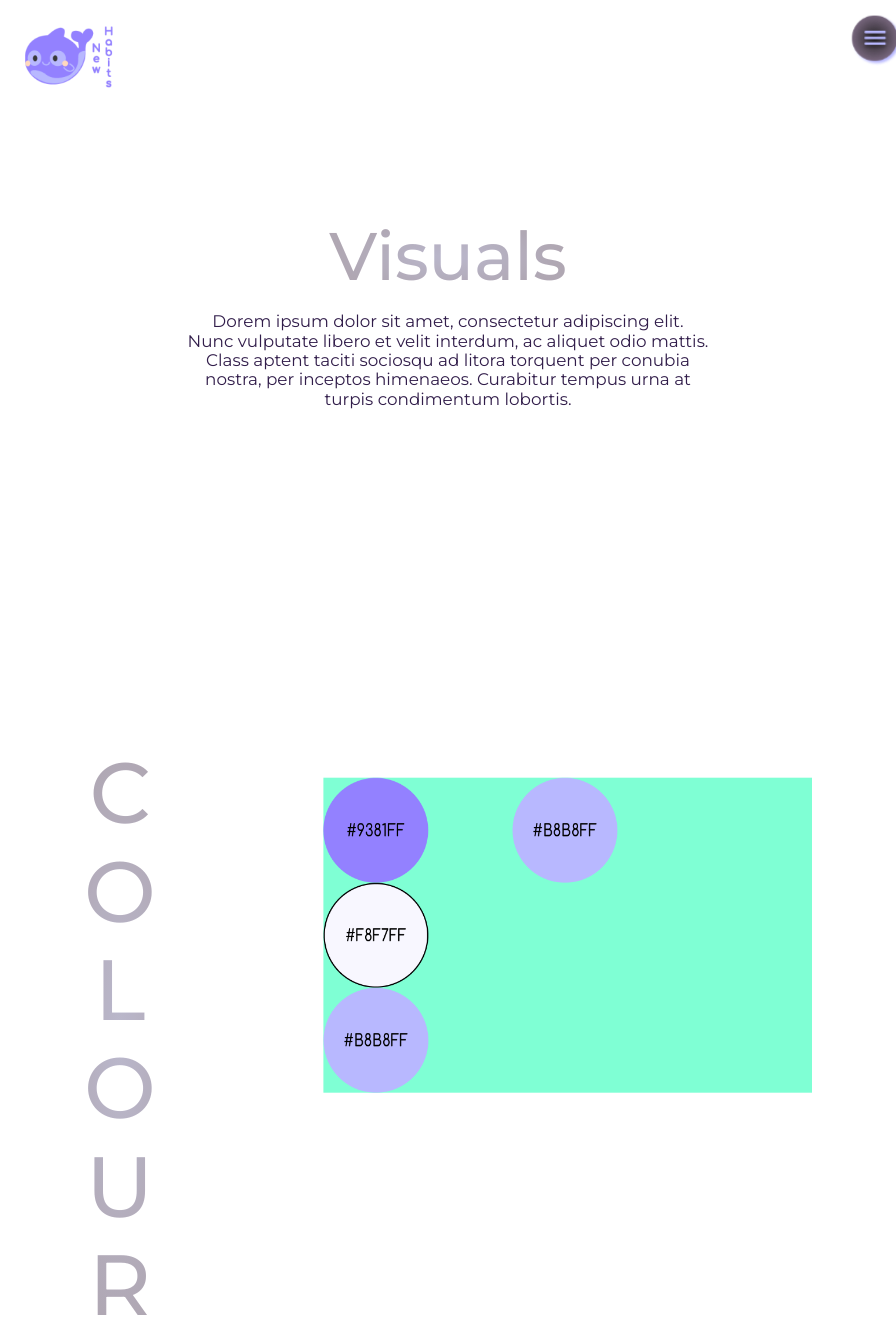
Repository: sierralaurent/Styleguide-Big_Project
Page: visuals.html
The author's editor kept a copy of each file at every save. The page is drawn from the files as they stood at one save, then again after the next save.
The browser window is 1280 px wide. The pictures show the part of the page from y = 0 to 1920 px (the page is 3164 px tall), at 70% of full size.
Some web fonts or font styles are not loaded; a fallback is used.

Above is the page before, as saved 2023-03-10 14:55:39.

### visuals.html
<!DOCTYPE html>
<html lang="en">
  <head>
    <title>New Habits Web-App | Visuals </title>
    <meta property="og:title" content="Welcome to the New Habits Web-App Home Page" />
    <meta name="viewport" content="width=device-width, initial-scale=1.0" />
    <meta charset="utf-8" />
    <link rel="icon" type="image/x-icon" href="/assets/favicon.ico">

    <link
      rel="stylesheet"
      href="https://fonts.googleapis.com/css2?family=Montserrat:ital,wght@0,100;0,200;0,300;0,400;0,500;0,600;0,700;0,800;0,900;1,100;1,200;1,300;1,400;1,500;1,600;1,700;1,800;1,900&amp;display=swap"
      data-tag="font"
    />
    <link rel="stylesheet" href="./style.css" />
    <link href="./visuals.css" rel="stylesheet" />
    <link href="./navstyle.css" rel="stylesheet" />

  </head>
  <header>
    <div class="logo">
      <a href="index.html">
        <img src="assets/logo.png" alt="logo" />
      </a>
    </div>
    <div class="navigation">
      <button class="hamburger" onclick="show()">
        <img src="assets/burger.png" />
      </button>
      <nav>
        <h1 class="menutitle">Menu</h1>
        <ul>
          <li><a href="home.html">Home</a></li>
          <li><a>Logo</a></li>
          <li><a>Colours & Typo</a></li>
          <li><a href="visuals.html">Visuals</a></li>
        </ul>
      </nav>
    </div>
    <script src="nav.js"></script>
  </header>
  <body>
    <div>
      <div class="home-container">
        <div class="home-container1">
          <div class="home-container2">
            <h1 class="home-text01 Title">Visuals</h1>
            <p class="home-text02 body">
              Dorem ipsum dolor sit amet, consectetur adipiscing elit. Nunc
              vulputate libero et velit interdum, ac aliquet odio mattis. Class
              aptent taciti sociosqu ad litora torquent per conubia nostra, per
              inceptos himenaeos. Curabitur tempus urna at turpis condimentum
              lobortis.
            </p>
          </div>
        </div>
        <div class="home-container3">
          <p class="home-text03 sidetitle">
            <span>C</span>
            <br />
            <span>O</span>
            <br />
            <span>L</span>
            <br />
            <span>O</span>
            <br />
            <span>U</span>
            <br />
            <span>R</span>
            <br />
          </p>
          <div class="home-text17 body">
            <div>
              <img src="assets/colours/Main Purple.png" alt="mainpurple" width="150px" height="150px">
              <img src="assets/colours/Creme.png" alt="Creme" width="150px" height="150px">
              <img src="assets/colours/Light Purple.png" alt="lightpurple" width="150px" height="150px">
            </div>
            <div>
              <img src="assets/colours/Light Purple.png" alt="lightpurple" width="150px" height="150px">
            </div>
          </div>
        </div>
        <div class="home-container3">
            <p class="home-text03 sidetitle">
              <span>I</span>
              <br />
              <span>C</span>
              <br />
              <span>O</span>
              <br />
              <span>N</span>
              <br />
              <span>S</span>
              <br />
            </p>
            <p class="home-text17 body">
              Dorem ipsum dolor sit amet, consectetur adipiscing elit. Nunc
              vulputate libero et velit interdum, ac aliquet odio mattis. Class
              aptent taciti sociosqu ad litora torquent per conubia nostra, per
              inceptos himenaeos. Curabitur tempus urna at turpis condimentum
              lobortis.
            </p>
          </div>
        <footer class="home-footer">
          <p class="home-text24">
            © 2023 New Habits, All Rights Reserved.
          </p>
        </footer>
      </div>
    </div>
  </body>
</html>

### style.css
:root {
  --dl-black: #212121ff;
  --dl-creme: #f9f9ffff;
  --dl-white: #f8f9f9ff;
  --dark-purple: #311D4A;

}

.body {
  font-size: 24px;
  font-family: Montserrat;
  font-weight: 400;
  line-height: 1.15;
  text-transform: none;
  text-decoration: none;
}
.sidetitle {
  font-size: 122px;
  font-family: Montserrat;
  font-weight: 500;
  line-height: 1.15;
  text-transform: none;
  text-decoration: none;
}
.Title {
  font-size: 96px;
  font-family: Montserrat;
  font-weight: 500;
  line-height: 1.15;
  text-transform: none;
  text-decoration: none;
}

html {
  line-height: 1.15;
}
body {
  margin: 0;
}
* {
  box-sizing: border-box;
  border-width: 0;
  border-style: solid;
}
p,
li,
ul,
pre,
div,
h1,
h2,
figure,
blockquote,
figcaption {
  margin: 0;
  padding: 0;
}

a {
  color: inherit;
  text-decoration: inherit;
}
input {
  padding: 2px 4px;
}
img {
  display: block;
}
html {
  scroll-behavior: smooth;
}

### visuals.css
/* Define the scrollbar style */
::-webkit-scrollbar {
    width: 10px;
  }

  ::-webkit-scrollbar-thumb {
    background-image: linear-gradient(180deg, var(--light-purple) 0%, var(--main-purple) 99%);
    box-shadow: inset 2px 2px 5px 0 var(--creme);
    border-radius: 100px;
  }

  html {
    font-family: Montserrat;
    font-size: 24px;
    scroll-behavior: smooth;
  }

  body {
    font-weight: 400;
    font-style: normal;
    text-decoration: none;
    text-transform: none;
    letter-spacing: normal;
    line-height: 1.15;
    color: var(--black);
    background-color: var(--creme);
  }

  .home-container {
    width: 100%;
    display: flex;
    overflow: auto;
    min-height: 100vh;
    align-items: center;
    flex-direction: column;
  }
  .home-container1 {
    flex: 0 0 auto;
    width: auto;
    height: auto;
    display: flex;
    align-items: flex-start;
    justify-content: center;
  }
  .home-container2 {
    flex: 0 0 auto;
    width: auto;
    display: flex;
    align-self: center;
    margin-top: 5rem;
    align-items: center;
    margin-bottom: 15rem;
    flex-direction: column;
    justify-content: center;
  }
  .home-text {
    font-size: 36px;
    text-align: center;
    font-family: Montserrat;
    background: linear-gradient(0deg, rgba(0, 0, 0, 0.2), rgba(0, 0, 0, 0.2)),
      radial-gradient(
        50% 50% at 50% 50%,
        rgba(147, 129, 255, 0.2) 0%,
        rgba(79, 26, 98, 0.2) 94.12%
      );
    -webkit-background-clip: text;
    -webkit-text-fill-color: transparent;
    background-clip: text;
    text-fill-color: transparent;
  }
  .home-text01 {
    margin-top: 1rem;
    text-align: center;
    margin-bottom: 1rem;
    background: linear-gradient(0deg, rgba(0, 0, 0, 0.2), rgba(0, 0, 0, 0.2)),
      radial-gradient(
        50% 50% at 50% 50%,
        rgba(147, 129, 255, 0.2) 0%,
        rgba(79, 26, 98, 0.2) 94.12%
      );
    -webkit-background-clip: text;
    -webkit-text-fill-color: transparent;
    background-clip: text;
    text-fill-color: transparent;
  }
  .home-text02 {
    width: 31rem;
    text-align: center;
    color: var(--dark-purple);
  }
  .home-container3 {
    flex: 0 0 auto;
    width: 100%;
    height: auto;
    display: flex;
    align-items: flex-start;
    justify-content: center;
  }
  .home-text03 {
    width: 25rem;
    text-align: center;
    background: linear-gradient(0deg, rgba(0, 0, 0, 0.2), rgba(0, 0, 0, 0.2)),
      radial-gradient(
        50% 50% at 50% 50%,
        rgba(147, 129, 255, 0.2) 0%,
        rgba(79, 26, 98, 0.2) 94.12%
      );
    -webkit-background-clip: text;
    -webkit-text-fill-color: transparent;
    background-clip: text;
    text-fill-color: transparent;
  }
  .home-text17 {
    width: auto;
    margin-top: 5rem;
    text-align: left;
    margin-left: 5rem;
    margin-right: 5rem;
    margin-bottom: 5rem;
    display: flex;
    flex-direction: row;
    gap: 5rem;
    color: var(--dark-purple);
    background-color: aquamarine;
  }
  .home-container4 {
    flex: 0 0 auto;
    width: auto;
    height: auto;
    display: flex;
    align-items: flex-start;
    justify-content: center;
  }
  .colours{
    background: lightblue;
    border-radius: 50%;
    width: 100px;
    height: 100px;
  }
  .home-container5 {
    flex: 0 0 auto;
    display: flex;
    align-items: flex-start;
    flex-direction: column;
  }
  .home-text18 {
    width: auto;
    margin-top: 15rem;
    text-align: center;
    margin-bottom: 5rem;
    background: linear-gradient(0deg, rgba(0, 0, 0, 0.2), rgba(0, 0, 0, 0.2)),
      radial-gradient(
        50% 50% at 50% 50%,
        rgba(147, 129, 255, 0.2) 0%,
        rgba(79, 26, 98, 0.2) 94.12%
      );
    -webkit-background-clip: text;
    -webkit-text-fill-color: transparent;
    background-clip: text;
    text-fill-color: transparent;
  }
  .home-container6 {
    flex: 0 0 auto;
    width: auto;
    height: auto;
    display: flex;
    align-items: flex-start;
    margin-bottom: 15rem;
    justify-content: center;
  }
  .home-olivia {
    flex: 0 0 auto;
    display: flex;
    align-items: center;
    flex-direction: column;
  }
  .home-olivia-text {
    width: 25rem;
    font-size: 96px;
    text-align: center;
    font-family: Montserrat;
    font-weight: 500;
    line-height: 1.15;
    margin-bottom: 2rem;
    text-transform: none;
    text-decoration: none;
    background: linear-gradient(0deg, rgba(0, 0, 0, 0.2), rgba(0, 0, 0, 0.2)),
      radial-gradient(
        50% 50% at 50% 50%,
        rgba(147, 129, 255, 0.2) 0%,
        rgba(79, 26, 98, 0.2) 94.12%
      );
    -webkit-background-clip: text;
    -webkit-text-fill-color: transparent;
    background-clip: text;
    text-fill-color: transparent;
  }
  .home-text19 {
    width: 15rem;
    align-self: center;
    text-align: center;
    color: var(--dark-purple);
  }
  .home-elijah {
    flex: 0 0 auto;
    display: flex;
    align-items: center;
    flex-direction: column;
  }
  .home-elijah-text {
    width: 25rem;
    font-size: 96px;
    text-align: center;
    font-family: Montserrat;
    font-weight: 500;
    line-height: 1.15;
    margin-bottom: 2rem;
    text-transform: none;
    text-decoration: none;
    background: linear-gradient(0deg, rgba(0, 0, 0, 0.2), rgba(0, 0, 0, 0.2)),
      radial-gradient(
        50% 50% at 50% 50%,
        rgba(147, 129, 255, 0.2) 0%,
        rgba(79, 26, 98, 0.2) 94.12%
      );
    -webkit-background-clip: text;
    -webkit-text-fill-color: transparent;
    background-clip: text;
    text-fill-color: transparent;
  }
  .home-text20 {
    width: 15rem;
    align-self: center;
    text-align: center;
    color: var(--dark-purple);
  }
  .home-sierra {
    flex: 0 0 auto;
    display: flex;
    align-items: center;
    flex-direction: column;
  }
  .home-sierra-text {
    width: 25rem;
    font-size: 96px;
    text-align: center;
    font-family: Montserrat;
    font-weight: 500;
    line-height: 1.15;
    margin-bottom: 2rem;
    text-transform: none;
    text-decoration: none;
    background: linear-gradient(0deg, rgba(0, 0, 0, 0.2), rgba(0, 0, 0, 0.2)),
      radial-gradient(
        50% 50% at 50% 50%,
        rgba(147, 129, 255, 0.2) 0%,
        rgba(79, 26, 98, 0.2) 94.12%
      );
    -webkit-background-clip: text;
    -webkit-text-fill-color: transparent;
    background-clip: text;
    text-fill-color: transparent;
  }
  .home-text21 {
    width: 15rem;
    align-self: center;
    text-align: center;
    color: var(--dark-purple);
  }
  .home-text23 {
    width: 15rem;
    align-self: center;
    text-align: center;
  }
  .home-footer {
    width: 100%;
    height: 197px;
    display: flex;
    max-width: auto;
    align-self: center;
    align-items: center;
    padding-top: 32px;
    padding-left: 48px;
    padding-right: 48px;
    padding-bottom: 32px;
    justify-content: center;
  }
  .home-text24 {
    text-align: center;
    color: var(--dark-purple);

  }
  @media (max-width: 1600px) {
    .home-container1 {
      width: 100%;
    }
    .home-container2 {
      align-items: center;
      justify-content: center;
    }
    .home-text01 {
      margin-top: 1rem;
      margin-bottom: 1rem;
    }
    .home-container3 {
      width: 100%;
    }
    .home-text03 {
      width: auto;
      margin: 3rem;
      padding: 2rem;
    }
    .home-text17 {
      width: 40rem;
      margin-top: 7rem;
      text-align: left;
      margin-right: 5rem;
    }
    .home-container4 {
      width: auto;
      justify-content: center;
    }
    .home-container5 {
      width: auto;
      height: auto;
      align-items: center;
      justify-content: center;
    }
    .home-text18 {
      width: auto;
      height: auto;
      margin-top: 5rem;
      text-align: center;
      margin-bottom: 5rem;
    }
    .home-container6 {
      width: 100%;
      margin-bottom: 15rem;
    }
    .home-olivia {
      width: 20rem;
      height: auto;
      align-items: center;
      justify-content: center;
    }
    .home-olivia-text {
      width: auto;
      font-size: 46px;
      font-family: Montserrat;
      font-weight: 500;
      line-height: 1.15;
      margin-bottom: 2rem;
      text-transform: none;
      text-decoration: none;
    }
    .home-text19 {
      width: 15rem;
      text-transform: none;
    }
    .home-elijah {
      width: 20rem;
      height: auto;
      align-items: center;
      justify-content: center;
    }
    .home-elijah-text {
      width: auto;
      font-size: 46px;
      font-family: Montserrat;
      font-weight: 500;
      line-height: 1.15;
      margin-bottom: 2rem;
      text-transform: none;
      text-decoration: none;
    }
    .home-text20 {
      width: 15rem;
      text-transform: none;
    }
    .home-sierra {
      width: 20rem;
      height: auto;
      align-items: center;
      justify-content: center;
    }
    .home-sierra-text {
      width: auto;
      font-size: 46px;
      font-family: Montserrat;
      font-weight: 500;
      line-height: 1.15;
      margin-bottom: 2rem;
      text-transform: none;
      text-decoration: none;
    }
    .home-text21 {
      margin-bottom: 2rem;
    }
    .home-text23 {
      width: 15rem;
      text-transform: none;
      color: var(--dark-purple);
    }
  }
  @media (max-width: 1200px) {
    .home-text01 {
      margin-top: 1rem;
      margin-bottom: 1rem;
    }
    .home-container6 {
      align-items: center;
    }
    .home-olivia {
      width: 15rem;
      margin-left: 1rem;
      margin-right: 1rem;
    }
    .home-olivia-text {
      width: auto;
    }
    .home-text19 {
      width: 12rem;
    }
    .home-elijah {
      width: 15rem;
      margin-left: 1rem;
      margin-right: 1rem;
    }
    .home-elijah-text {
      width: auto;
    }
    .home-text20 {
      width: 12rem;
    }
    .home-sierra {
      width: 15rem;
      margin-left: 1rem;
    }
    .home-sierra-text {
      width: auto;
    }
    .home-text23 {
      width: 12rem;
    }
  }
  @media (max-width: 991px) {
    .home-container2 {
      width: 100%;
      height: 307px;
    }
    .home-text01 {
      margin-top: 1rem;
      margin-bottom: 1rem;
    }
    .home-container6 {
      align-items: center;
      flex-direction: column;
    }
    .home-olivia {
      width: 20rem;
      margin-bottom: 3rem;
    }
    .home-olivia-text {
      width: auto;
    }
    .home-text19 {
      width: auto;
    }
    .home-elijah {
      width: 20rem;
      margin-bottom: 3rem;
    }
    .home-elijah-text {
      width: auto;
    }
    .home-text20 {
      width: auto;
    }
    .home-sierra {
      width: 20rem;
    }
    .home-sierra-text {
      width: auto;
    }
    .home-text23 {
      width: 100%;
    }
  }
  @media (max-width: 767px) {
    .home-text01 {
      margin-top: 1rem;
      margin-bottom: 1rem;
    }
    .home-footer {
      padding-left: 32px;
      padding-right: 32px;
    }
    .home-text24 {
      text-align: center;
      margin-left: 16px;
      margin-right: 16px;
    }
  }
  @media (max-width: 479px) {
    .home-text01 {
      margin-top: 1rem;
      margin-bottom: 1rem;
    }
    .home-text02 {
      width: 479px;
    }
    .home-text03 {
      margin-top: 0rem;
      margin-left: 3rem;
      margin-right: 0rem;
      margin-bottom: 0rem;
    }
    .home-footer {
      padding: 16px;
      flex-direction: column;
    }
    .home-text24 {
      margin-left: 0px;
      margin-right: 0px;
      margin-bottom: 16px;
    }
  }

### navstyle.css
@import url("https://fonts.cdnfonts.com/css/montserrat");

* {
  margin: 0;
  padding: 0;
  font-family: "Montserrat", sans-serif;
}

a,
button {
  cursor: pointer;
}

nav {
  position: absolute;
  top: 30px;
  right: 30px;
  width: 250px;
}

.navigation {
  position: fixed;
  top: 0;
  right: -500px;
  width: 312px;
  height: 100%;
  background-image: url("assets/background.png");
  background-size: cover;
  transition: 0.5s;
  border-radius: 27px 0 0 27px;
}

.logo {
    margin: 1.5rem;
}

.menutitle {
  font-family: "Montserrat", sans-serif;
  font-style: normal;
  font-weight: 400;
  font-size: 24px;
  display: flex;
  align-items: left;
  color: rgba(255, 255, 255, 0.32);
  margin: 1rem;
}

.navigation ul li {
  display: flex;
  color: rgba(255, 255, 255, 0.5);
  line-height: 20px;
  text-align: left;
  font-weight: 500;
  list-style-type: none;
  font-size: 14px;
  padding: 20px 30px;
  border-bottom: 0px 64px 64px -32px rgba(41, 15, 0, 0.56);
  transition: all 0.3s ease;
}

.navigation ul li:hover {
  padding: 16px 20px;
  background-image: url("assets/hover.png");
  background-size: cover;
  border-radius: 12px;
}

.hamburger,
.bar {
  position: fixed;
}

.hamburger {
  display: block;
  top: 5%;
  left: 95%;
  width: 30px;
  height: 30px;
  transform: translateY(-50%);
  border: 0;
  background: 0 0;
}

.hamburger.hidden {
  display: none; /* Hide the menu button */
}

.navigation.active {
  right: 0;
  z-index: 1;
}

### nav.js
const hamburger = document.querySelector('.hamburger');
const navigation = document.querySelector('.navigation');

document.addEventListener('click', function(event) {
  const isClickInside = navigation.contains(event.target) || hamburger.contains(event.target);
  if (!isClickInside) {
    navigation.classList.remove('active');
    hamburger.classList.remove('hidden');
  }
});

hamburger.addEventListener('click', function() {
  navigation.classList.add('active');
  hamburger.classList.add('hidden');
});

After the next save:
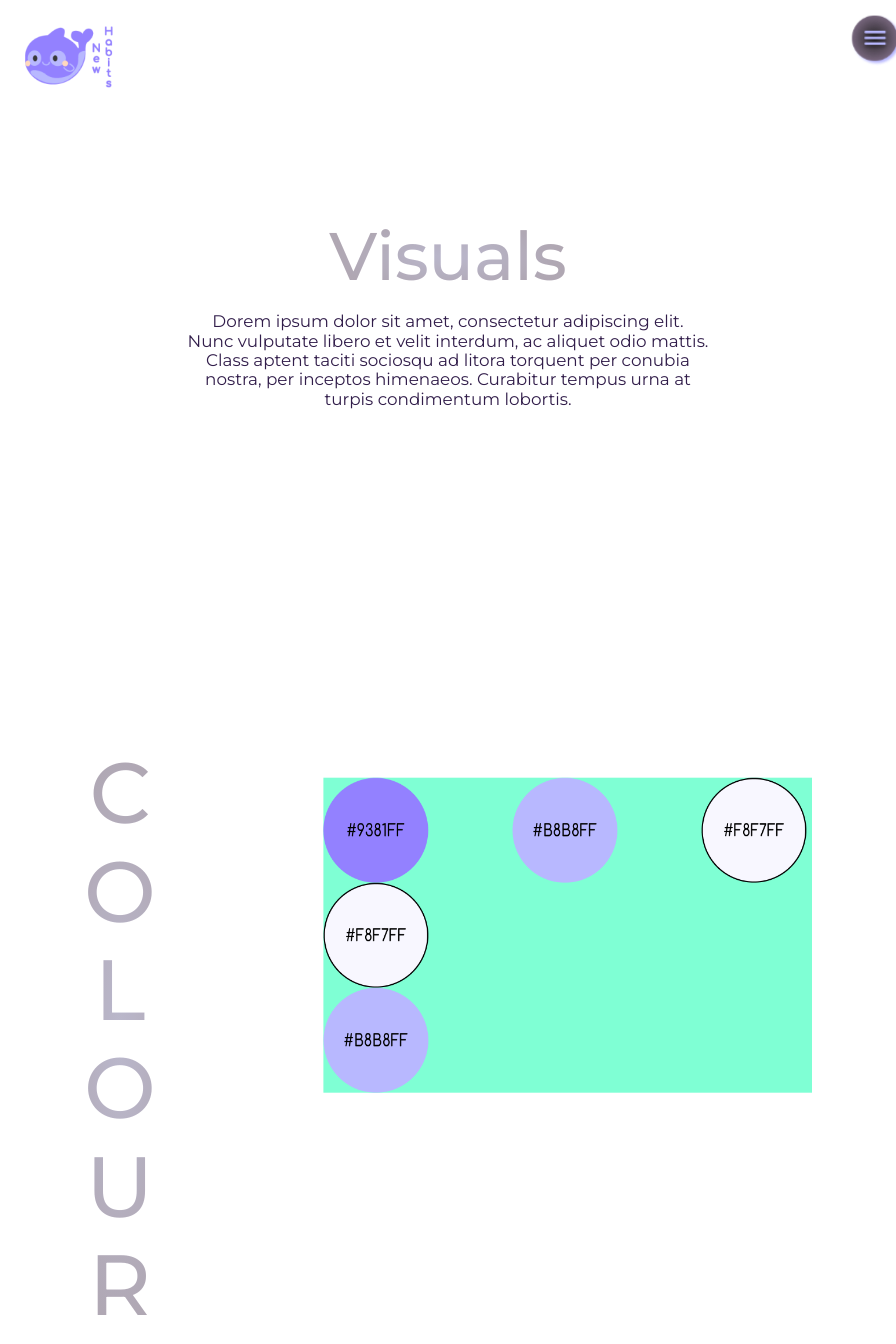
Saved 18 s later.
--- a/visuals.html
+++ b/visuals.html
@@ -78,6 +78,9 @@
             <div>
               <img src="assets/colours/Light Purple.png" alt="lightpurple" width="150px" height="150px">
             </div>
+            <div>
+              <img src="assets/colours/Creme.png" alt="Creme" width="150px" height="150px">
+            </div>
           </div>
         </div>
         <div class="home-container3">
